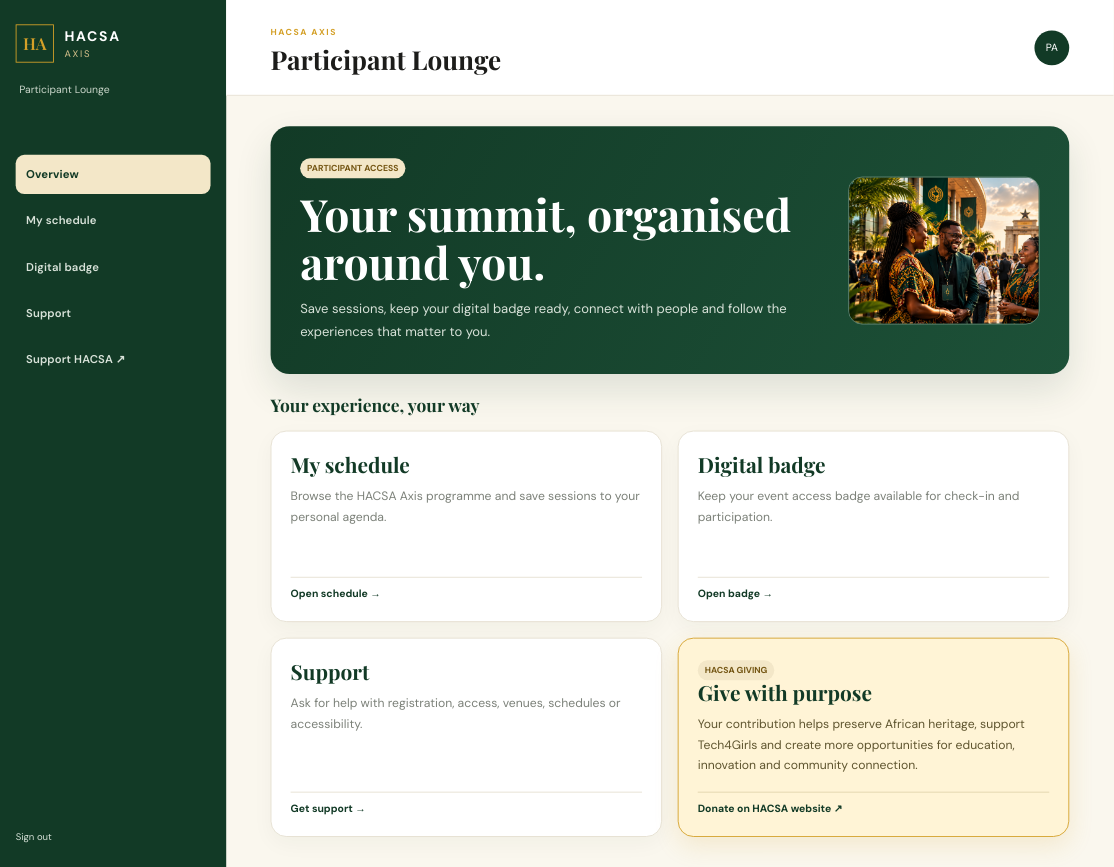
Repository: lawrencia-coder/HACSA_Axis_Participant_Speaker_v2
Page: participant.html
These files come from the project's save history. The page is drawn as it stood at one moment and after the next save; the edit follows.
The browser window is 1280 px wide. The pictures show the whole page, at 87% of full size.

Above is the page before, as saved 2026-09-18 04:06:41.

After the next save:
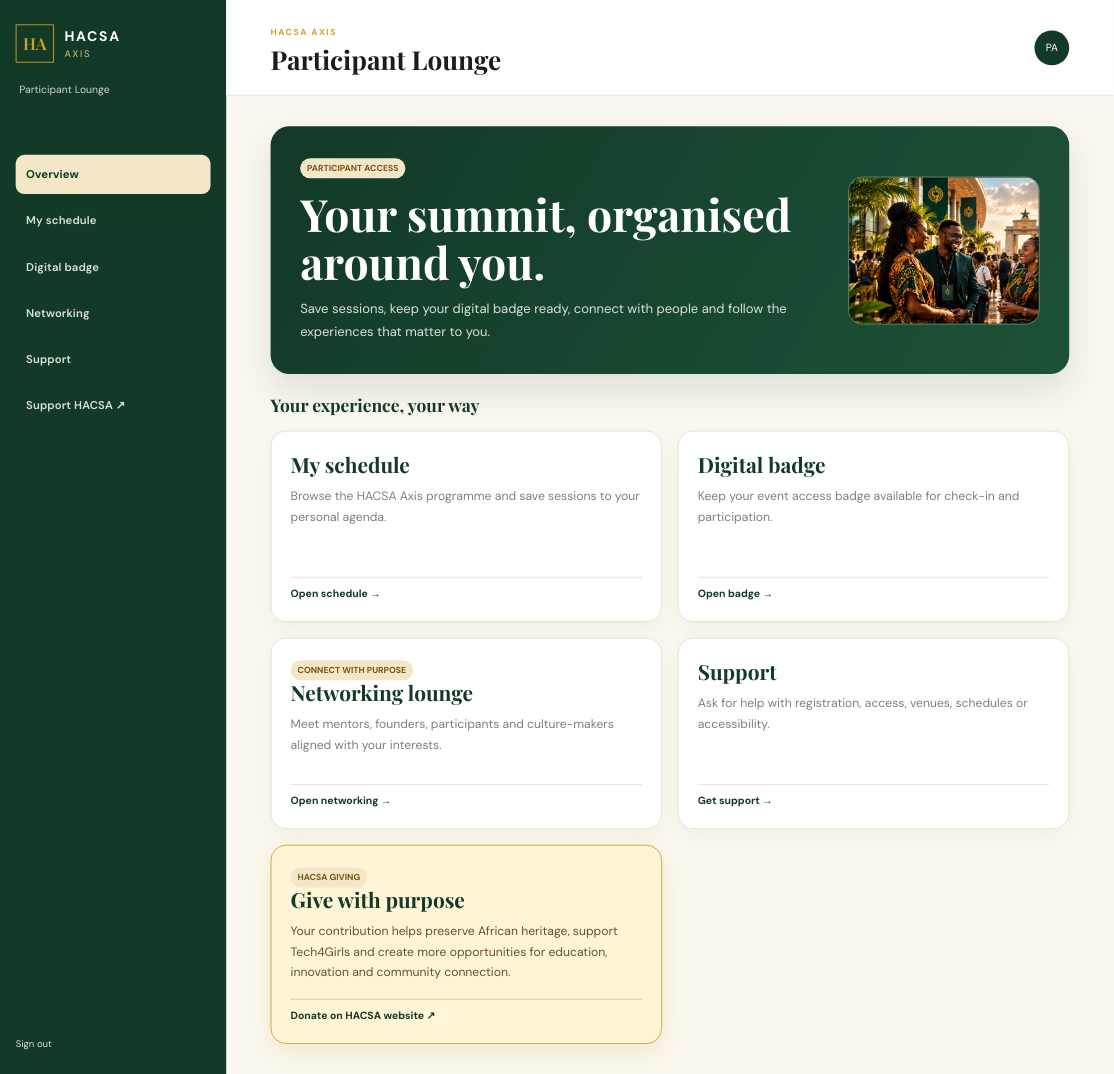
Saved 4 s later.
--- a/participant.html
+++ b/participant.html
@@ -230,6 +230,7 @@
                 <a class="active" href="participant.html">Overview</a>
                 <a href="index.html?role=participant&view=schedule">My schedule</a>
                 <a href="index.html?role=participant&view=badge">Digital badge</a>
+                <a href="index.html?role=participant&view=networking">Networking</a>
                 <a href="index.html?role=participant&view=support">Support</a>
                 <a href="https://www.thehacsa.org/donate/" target="_blank" rel="noopener">Support HACSA ↗</a>
             </nav>
@@ -275,6 +276,15 @@
                         <a class="role-link" href="index.html?role=participant&view=badge">Open badge →</a>
                     </article>
 
+                    <article class="role-card networking-card" id="networking">
+                        <div>
+                            <span class="tag">CONNECT WITH PURPOSE</span>
+                            <h3>Networking lounge</h3>
+                            <p>Meet mentors, founders, participants and culture-makers aligned with your interests.</p>
+                        </div>
+                        <a class="role-link" href="index.html?role=participant&view=networking">Open networking →</a>
+                    </article>
+
                     <article class="role-card" id="support">
                         <div>
                             <h3>Support</h3>
